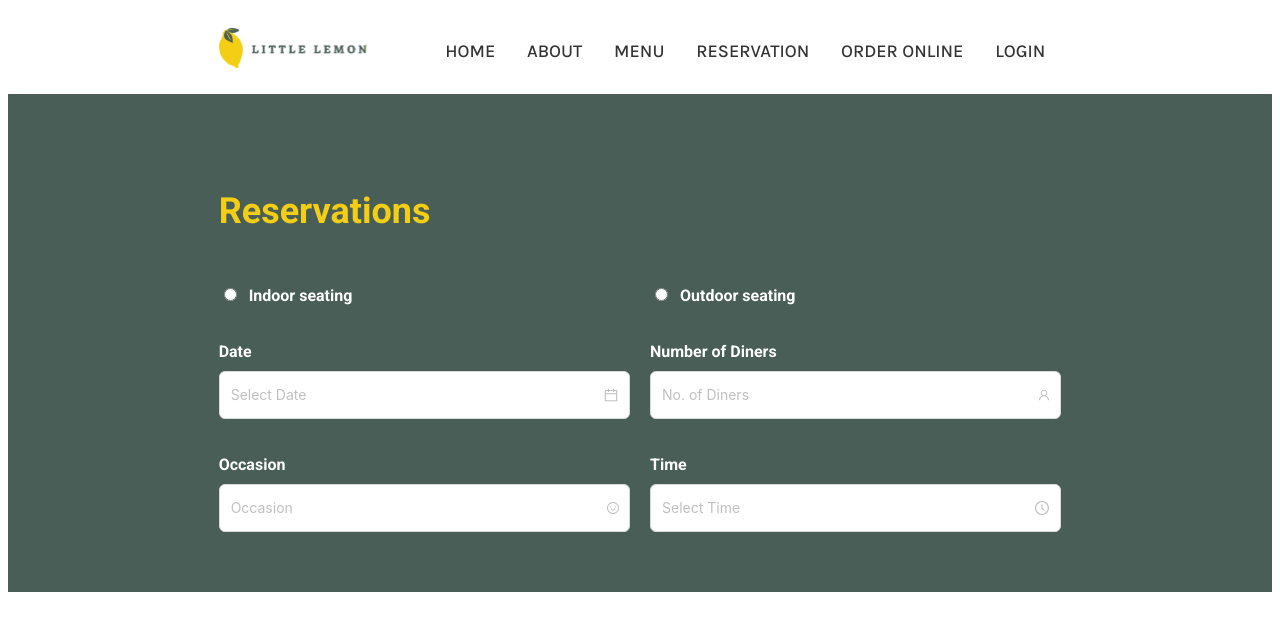
Repository: Yeshwanth-189/little-lemon
Page: /reservation (app in little-lemon/)
The author's editor kept a copy of each file at every save. The page is drawn from the files as they stood at one save, then again after the next save.
The browser window is 1280 px wide. The pictures show the whole page.
The project was rebuilt for these pictures with package versions that can differ from the ones it lists, and the page was loaded fresh each time. Also part of the build but not shown: little-lemon/src/index.css, little-lemon/src/components/Hero/Hero.css, little-lemon/src/components/Hero/Hero.jsx, little-lemon/src/components/Specials/Specials.css, little-lemon/src/components/Specials/Specials.jsx, little-lemon/src/components/Testimonials/Testimonials.css, little-lemon/src/components/Testimonials/Testimonials.jsx, little-lemon/src/components/About/About.css and 3 more.

Above is the page before, as saved 2025-04-26 22:43:03.

After the next save:
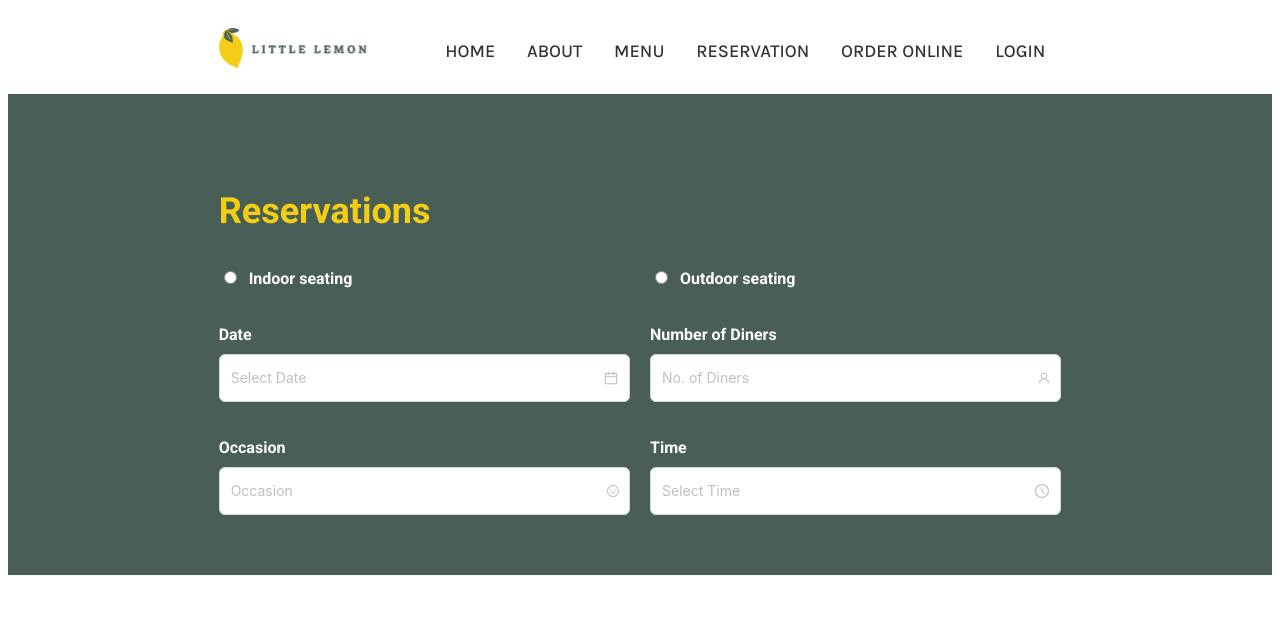
Saved 8 s later.
--- a/little-lemon/src/components/Reservation/Reservation.css
+++ b/little-lemon/src/components/Reservation/Reservation.css
@@ -11,7 +11,7 @@
 }
 .reservation-heading {
   font-size: 36px;
-  margin-bottom: 2%;
+  margin-bottom: 0%;
   color: #f4ce14;
   font-family: "roboto", sans-serif;
 }

After the save that followed:
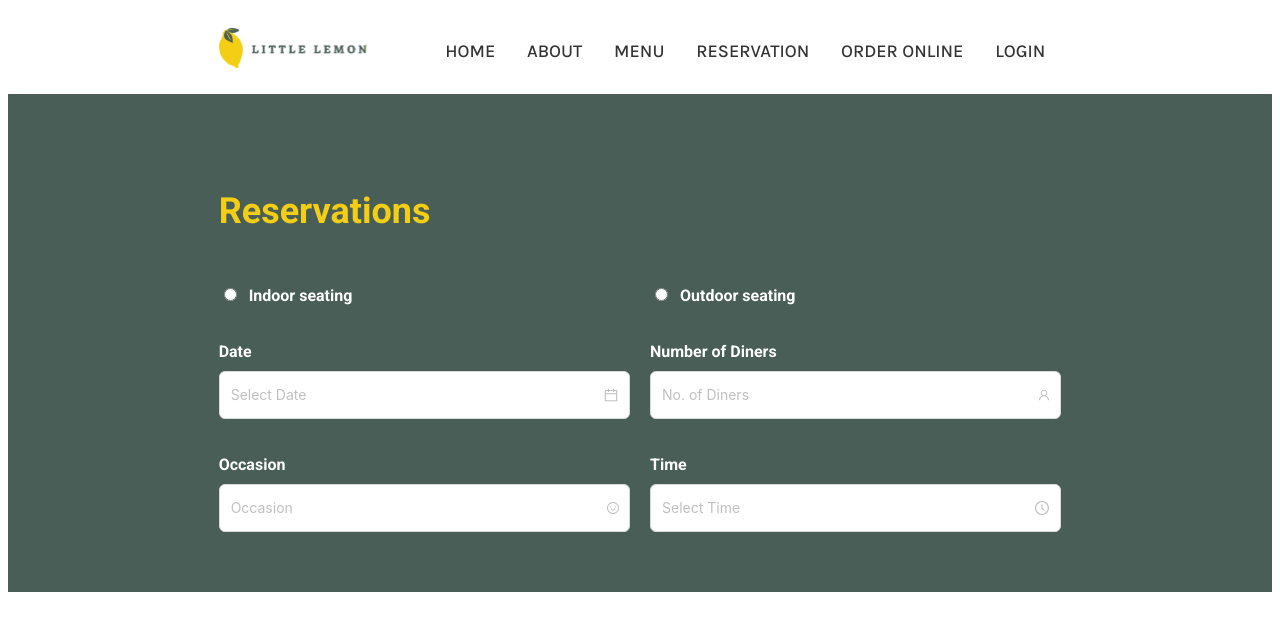
Saved 5 s later.
--- a/little-lemon/src/components/Reservation/Reservation.css
+++ b/little-lemon/src/components/Reservation/Reservation.css
@@ -11,7 +11,7 @@
 }
 .reservation-heading {
   font-size: 36px;
-  margin-bottom: 0%;
+  margin-bottom: 2%;
   color: #f4ce14;
   font-family: "roboto", sans-serif;
 }
